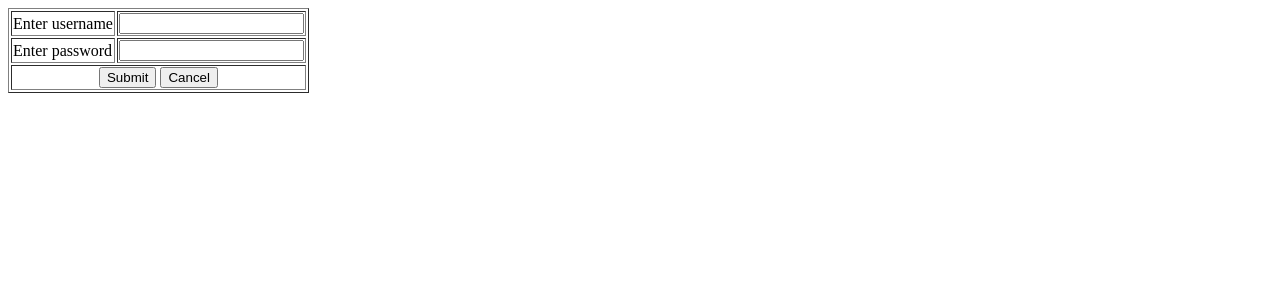
Repository: nikunj-var/Advance_Java
Page: jsp_user/src/main/webapp/login_form.html
These files come from the project's save history. The page is drawn as it stood at one moment and after the next save; the edit follows.
The browser window is 1280 px wide. The pictures show the whole page.

Above is the page before, as saved 2023-07-15 15:05:02.

After the next save:
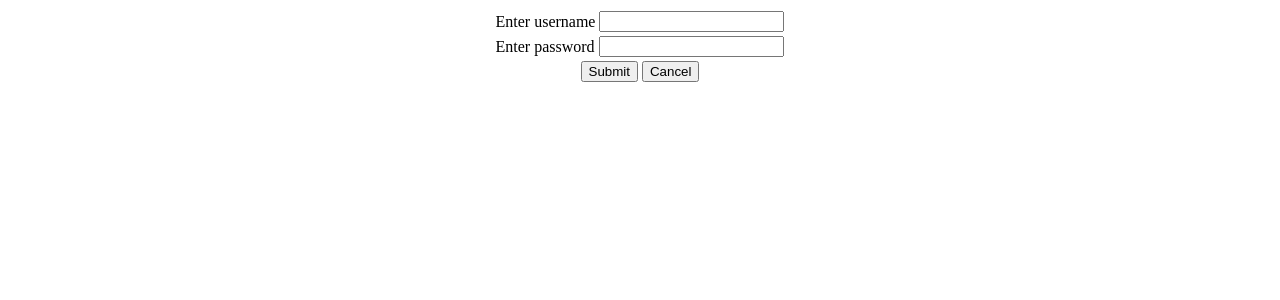
Saved 17 min 20 s later.
--- a/jsp_user/src/main/webapp/login_form.html
+++ b/jsp_user/src/main/webapp/login_form.html
@@ -6,7 +6,7 @@
 </head>
 <body>
 	<form>
-		<table border="1">
+		<table style="margin: auto;">
 			<tr>
 				<td>
 					<label>Enter username</label>
